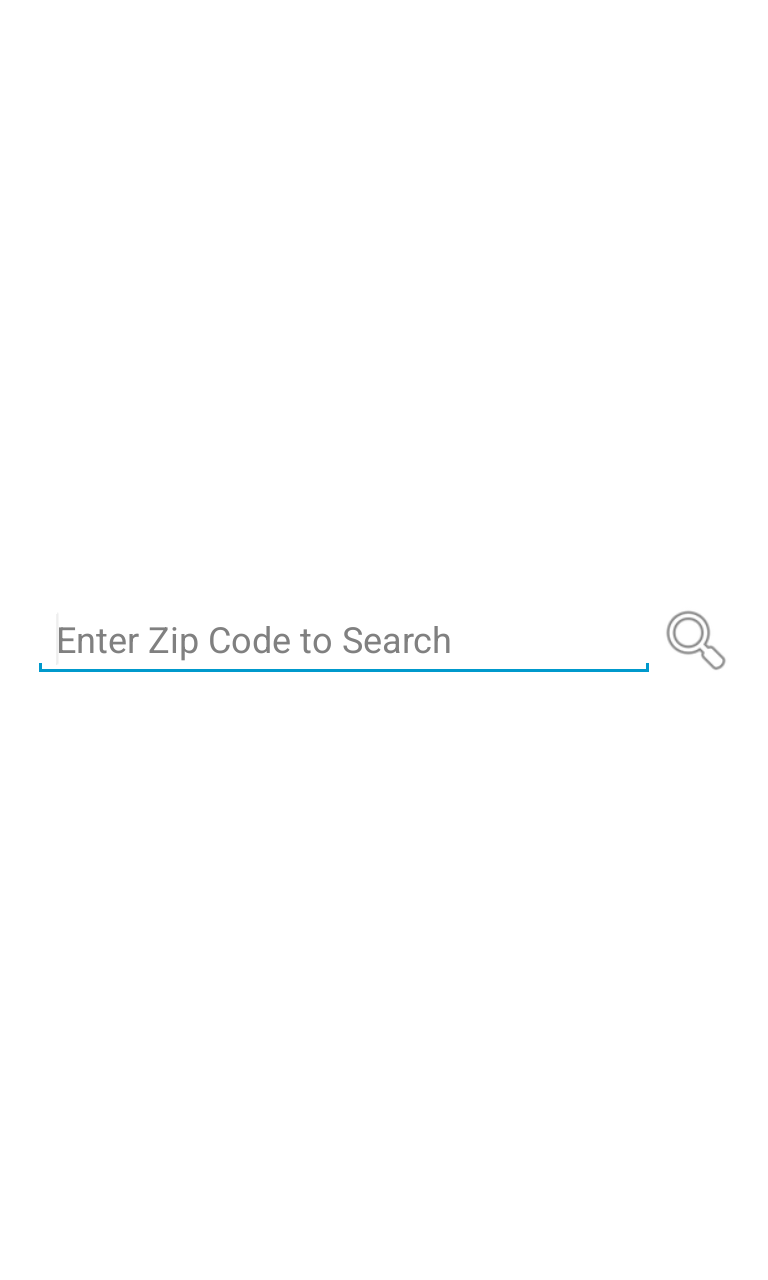
Repository: fsoDannis/J2_913
Layout: WeatherPull/res/layout/activity_main.xml
An editor plug-in stored every save of this project. The layout is shown before and after the next save, followed by the edit.
It is drawn on a 768 x 1280 px phone screen (xhdpi) without system bars, with theme AppTheme; the app's code is not run.

Above is the layout before, as saved 2013-09-05 01:02:06.

After the next save:
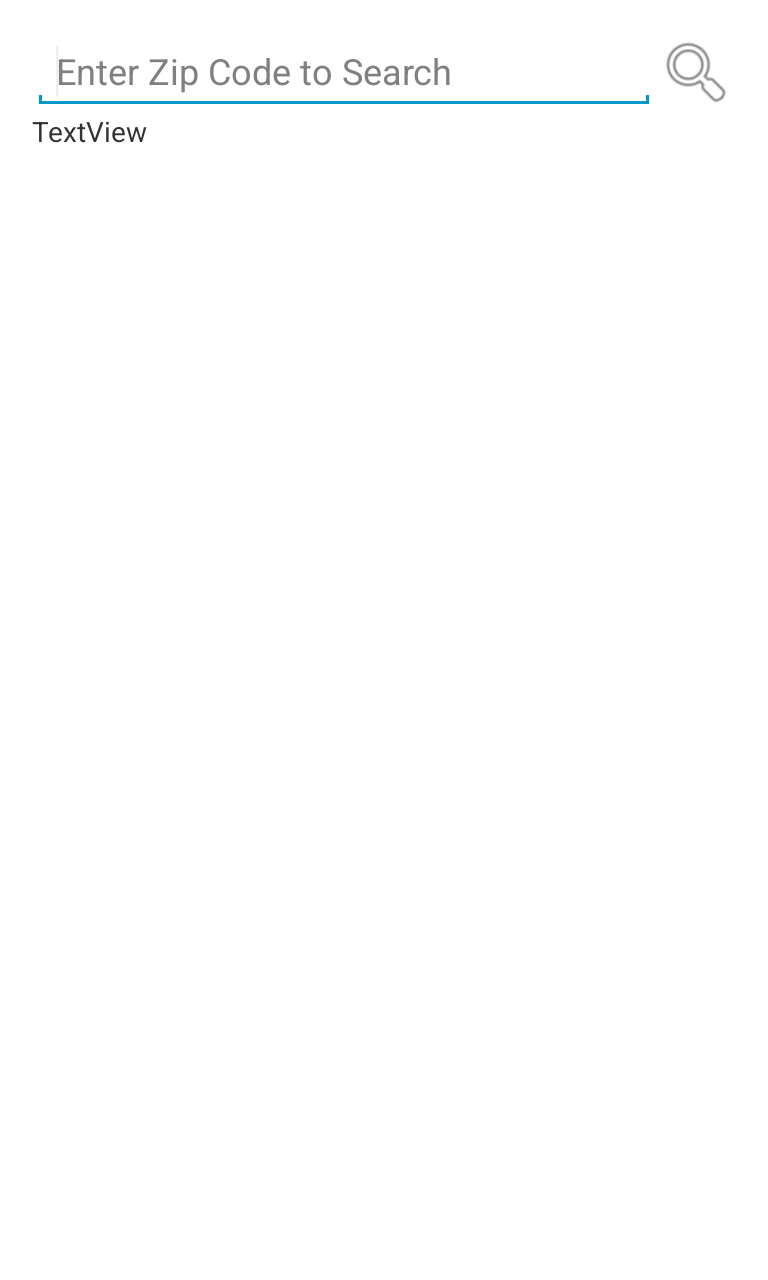
Saved 18 min 20 s later.
--- a/WeatherPull/res/layout/activity_main.xml
+++ b/WeatherPull/res/layout/activity_main.xml
@@ -38,4 +38,11 @@
             tools:ignore="ContentDescription" />
     </LinearLayout>
 
+    <TextView
+        android:id="@+id/resultTextView"
+        android:layout_width="286dp"
+        android:layout_height="wrap_content"
+        android:layout_weight="0.83"
+        android:text="TextView" />
+
 </LinearLayout>
